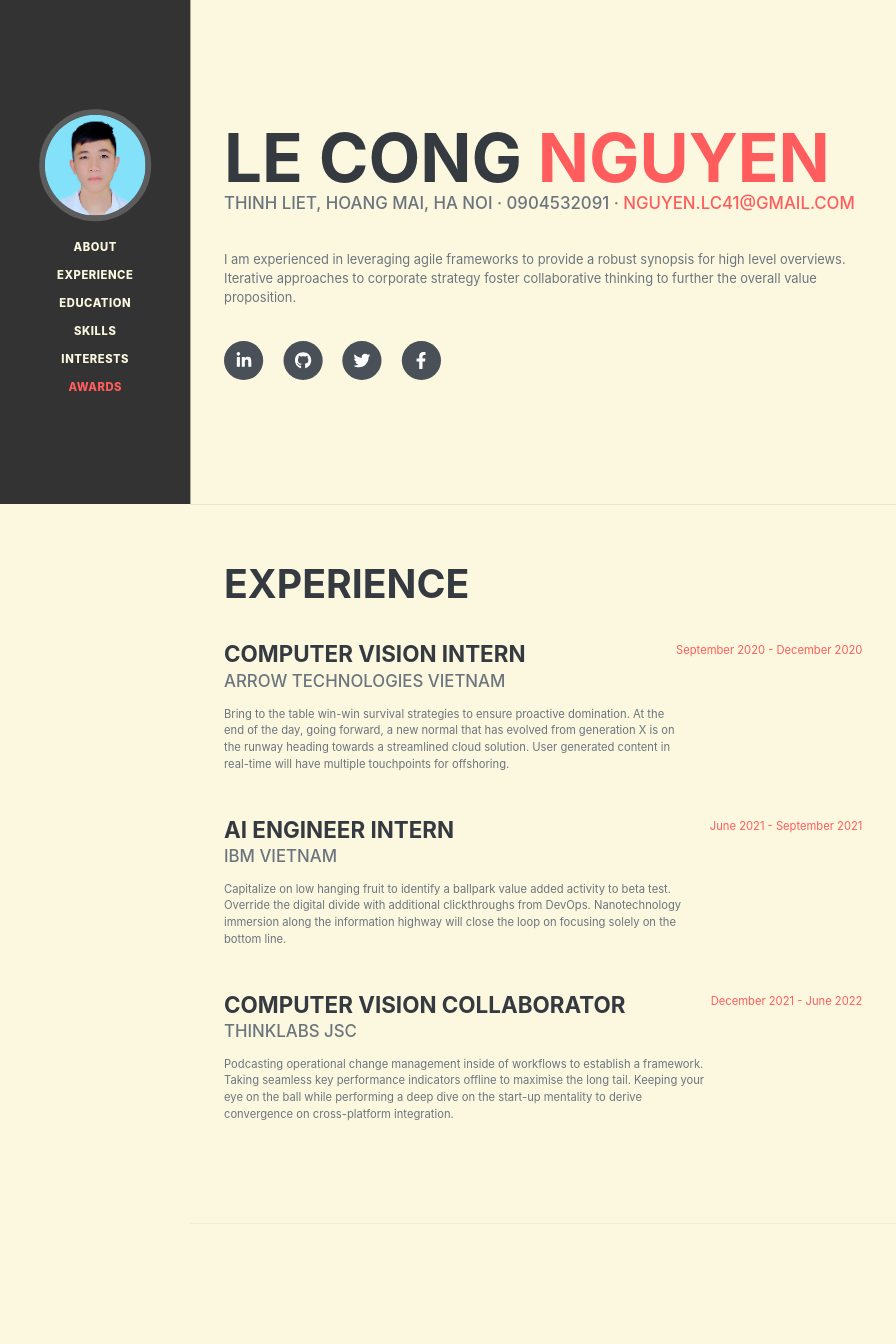
Repository: nguyenlcc/Online-CV
Page: index.html
The author's editor kept a copy of each file at every save. The page is drawn from the files as they stood at one save, then again after the next save.
The browser window is 1280 px wide. The pictures show the part of the page from y = 0 to 1920 px (the page is 4631 px tall), at 70% of full size.
Some web fonts or font styles are not loaded; a fallback is used. Some web libraries are served in a nearby version.

Above is the page before, as saved 2022-05-23 01:18:00.

After the next save:
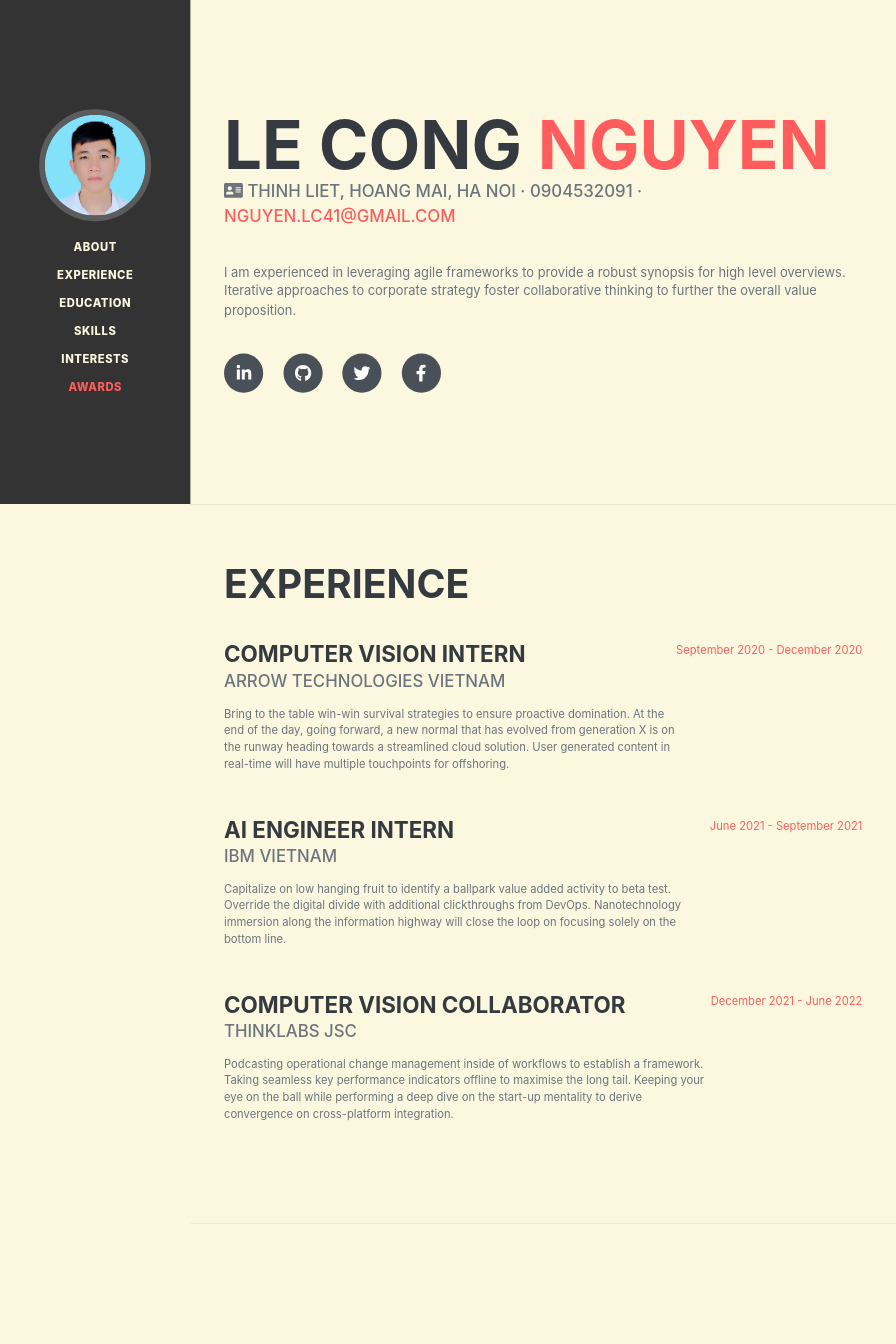
Saved 37 s later.
--- a/index.html
+++ b/index.html
@@ -94,6 +94,7 @@
             <span class="text-primary">NGUYEN</span>
           </h1>
           <div class="subheading mb-5">
+            <i class="fas fa-address-card"></i>
             THINH LIET, HOANG MAI, HA NOI · 0904532091 ·
             <a href="mailto:name@email.com">nguyen.lc41@gmail.com</a>
           </div>
@@ -217,7 +218,7 @@
           <div class="subheading mb-3">Programming Languages & Tools</div>
           <ul class="list-inline dev-icons">
             <li class="list-inline-item"><i class="fab fa-python"></i></li>
-            <li class="list-inline-item"><i class="fas fa-address-card"></i></li>
+            <li class="list-inline-item"><i class="fab fa-js-square"></i></li>
             <li class="list-inline-item"><i class="fab fa-angular"></i></li>
             <li class="list-inline-item"><i class="fab fa-react"></i></li>
             <li class="list-inline-item"><i class="fab fa-node-js"></i></li>
